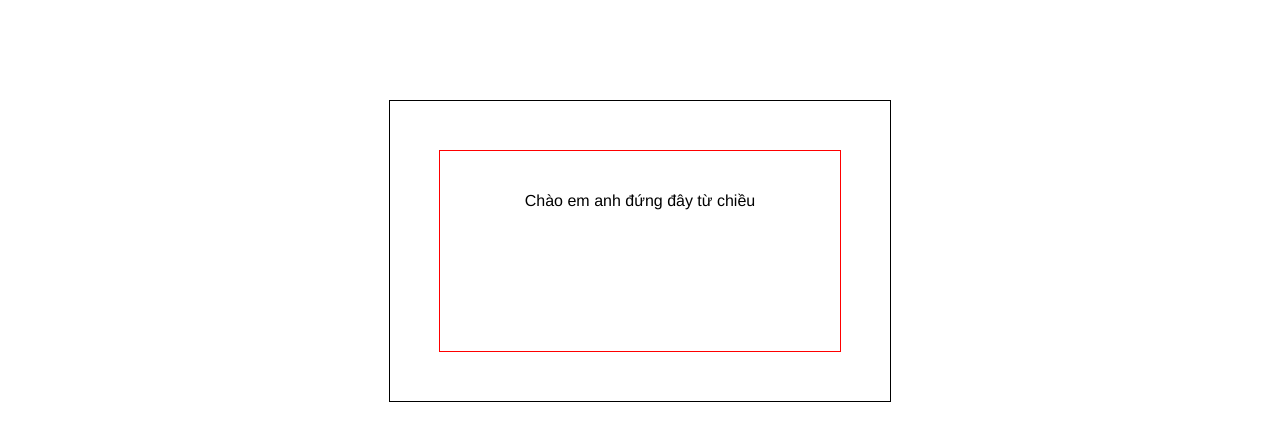
Repository: dinhconglam2306/frontend_tu_xa
Page: B08/Exercise-ramdon-quote/index.html
An editor plug-in stored every save of this project. The page is shown before and after the next save, followed by the edit.
The browser window is 1280 px wide. The pictures show the whole page.

Above is the page before, as saved 2021-04-14 23:49:17.

### B08/Exercise-ramdon-quote/index.html
<!DOCTYPE html>
<html lang="en">
  <head>
    <meta charset="UTF-8" />
    <meta http-equiv="X-UA-Compatible" content="IE=edge" />
    <meta name="viewport" content="width=device-width, initial-scale=1.0" />
    <title>Document</title>
    <link rel="stylesheet" href="css/style.css" />
  </head>
  <body>
    <div class="container">
      <div id="content"></div>
    </div>
    <script type="text/javascript" src="js/main.js"></script>
  </body>
</html>

### B08/Exercise-ramdon-quote/css/style.css
body {
  font-family: "Franklin Gothic Medium", "Arial Narrow", Arial, sans-serif;
}
.container {
  width: 500px;
  height: 300px;
  border: 1px solid black;
  margin: 100px auto;
  display: flex;
  justify-content: center;
  align-items: center;
}
#content {
  width: 400px;
  height: 200px;
  border: 1px solid red;
  text-align: center;
  line-height: 100px;
}

### B08/Exercise-ramdon-quote/js/main.js
var quote = [
  "Đưa tay đây nào, mãi bên nhau bạn nhé",
  "Hải, quay xe!",
  "Trứng rán cần mỡ, bắp cần bơ, yêu không cần cớ, cần cậu cơ!",
  "Anh chiều các em quá, các em hư đúng không?",
  " Ơ mây zing, gút chóp em",
  " Chào em anh đứng đây từ chiều",
  " Đi đường quyền",
];

var time = 1000;
var doAlert = setInterval(randomQuote, time);
function randomQuote() {
  var rdNumber = Math.floor(Math.random() * quote.length);
  var rdContent = quote[rdNumber];
  document.getElementById("content").innerHTML = rdContent;
}

After the next save:
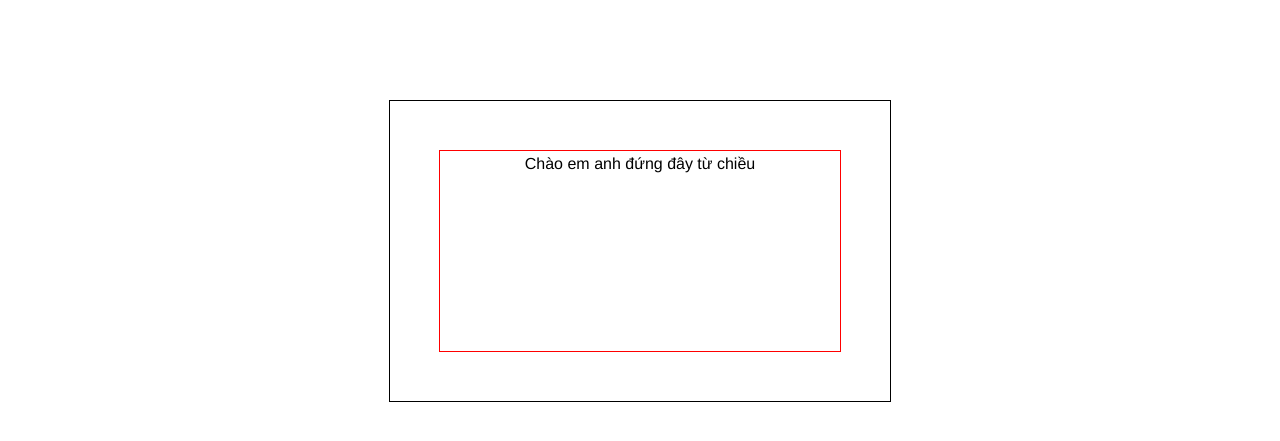
Saved 11 s later.
--- a/B08/Exercise-ramdon-quote/css/style.css
+++ b/B08/Exercise-ramdon-quote/css/style.css
@@ -15,5 +15,5 @@ body {
   height: 200px;
   border: 1px solid red;
   text-align: center;
-  line-height: 100px;
+  line-height: 1.6;
 }
